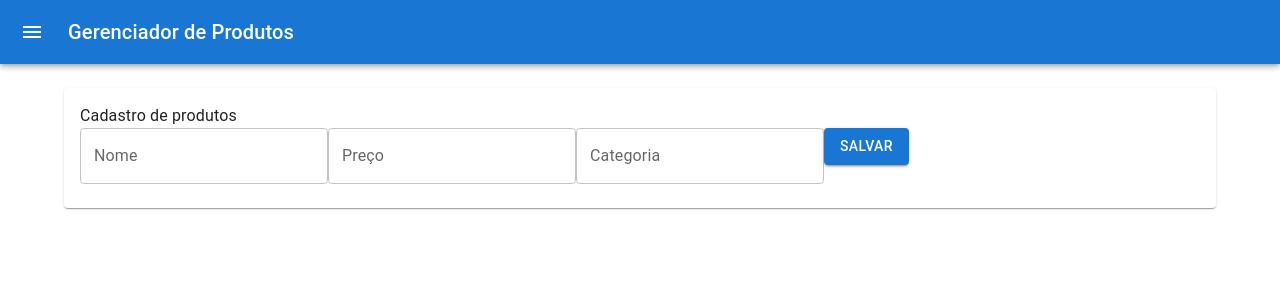
Repository: KennedyWanderson/crud-web
Page: /
An editor plug-in stored every save of this project. The page is shown before and after the next save, followed by the edit.
The browser window is 1280 px wide. The pictures show the whole page.
The project was rebuilt for these pictures with package versions that can differ from the ones it lists, and the page was loaded fresh each time. Also part of the build but not shown: src/Components/ProductList.js, src/Components/CategoryRegister.js, src/Components/CategotyList.js.

Above is the page before, as saved 2023-11-15 16:18:19.

After the next save:
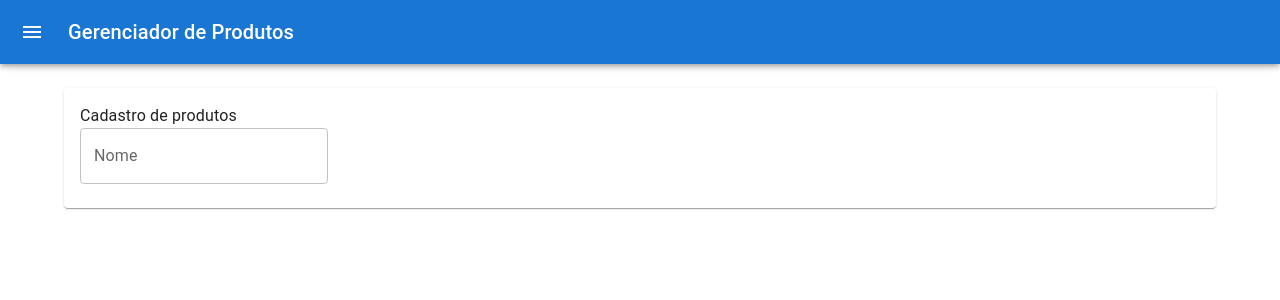
Saved 4 s later.
--- a/src/Components/ProductRegister.js
+++ b/src/Components/ProductRegister.js
@@ -9,9 +9,6 @@ function ProductRegister(props){
                 <div className={`flex flex-col`}>
                     <div>
                         <TextField id="outlined-basic" label="Nome" variant="outlined" />
-                        <TextField id="outlined-basic" label="Preço" variant="outlined" />
-                        <TextField id="outlined-basic" label="Categoria" variant="outlined" />
-                        <Button variant="contained">Salvar</Button>
                     </div>
                 </div>
             </CardContent>
